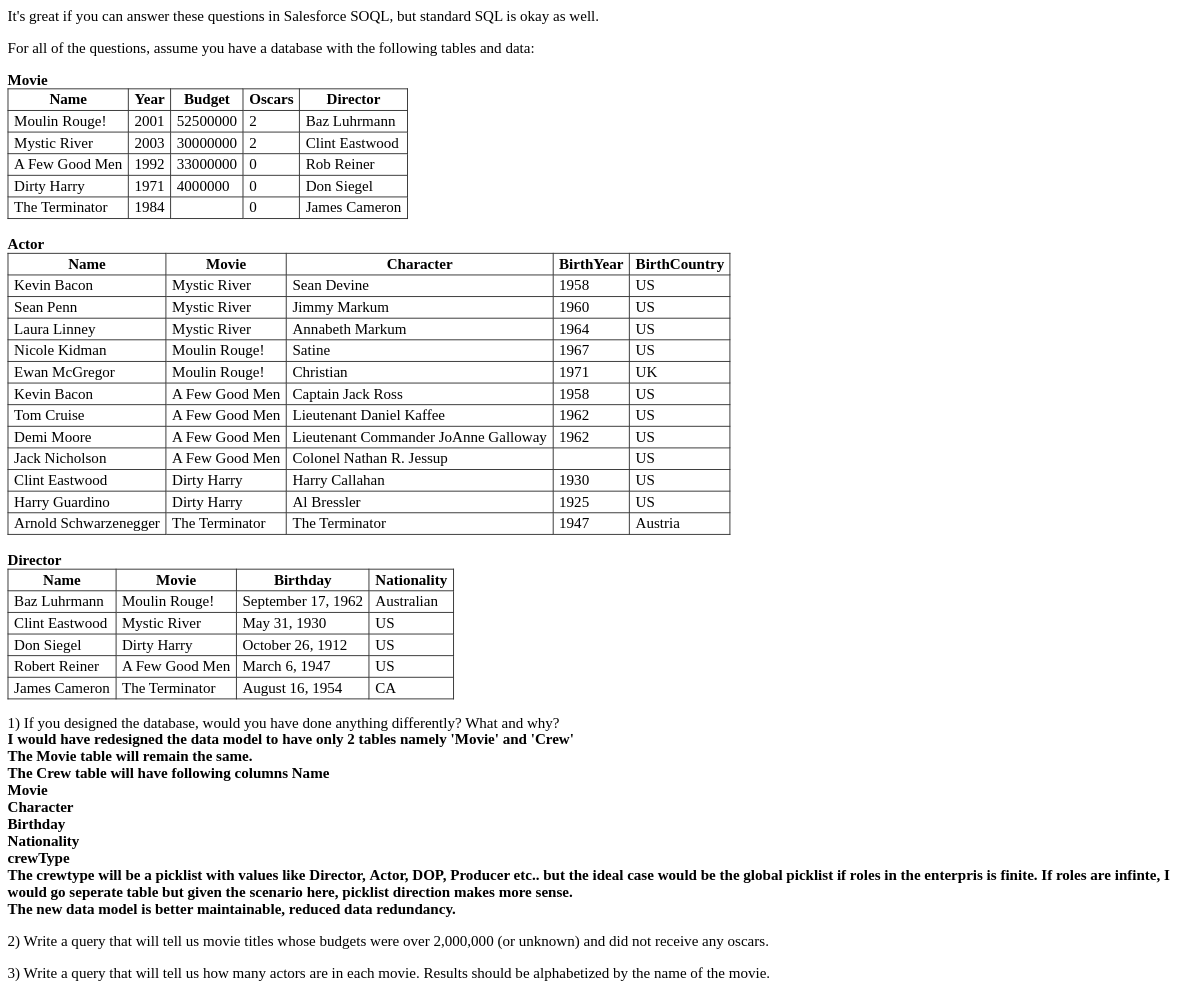
Repository: akhil33/AFFRM
Page: AFFIRM-NON-SFDC/Database.html
An editor plug-in stored every save of this project. The page is shown before and after the next save, followed by the edit.
The browser window is 1280 px wide. The pictures show the whole page, at 94% of full size.

Above is the page before, as saved 2022-04-07 16:25:11.

After the next save:
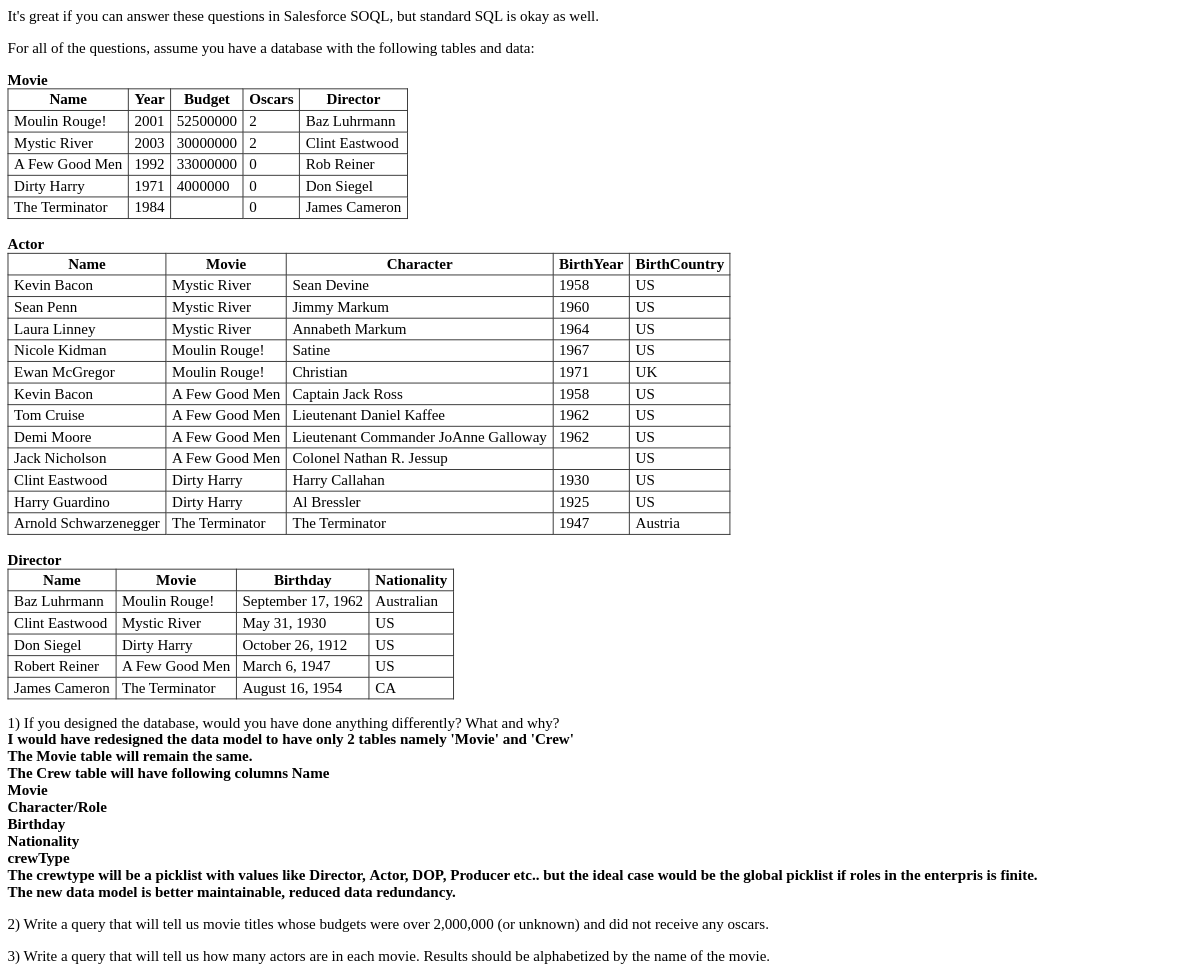
Saved 4 h 28 min later.
--- a/AFFIRM-NON-SFDC/Database.html
+++ b/AFFIRM-NON-SFDC/Database.html
@@ -204,12 +204,11 @@
 			The Crew table will have following columns
 				Name 	<br>
 				Movie	<br>
-				Character <br>
+				Character/Role <br>
 				Birthday	<br>
 				Nationality <br>
 				crewType <br>
-			The crewtype will be a picklist with values like Director,&nbspActor,&nbspDOP,&nbspProducer etc.. but the ideal case would be the global picklist if roles in the enterpris is finite. If roles are infinte, I would go seperate table but
-			given the scenario here, picklist direction makes more sense. <br>
+			The crewtype will be a picklist with values like Director,&nbspActor,&nbspDOP,&nbspProducer etc.. but the ideal case would be the global picklist if roles in the enterpris is finite. <br>
 
 			The new data model is better maintainable, reduced data redundancy.</strong>
 
